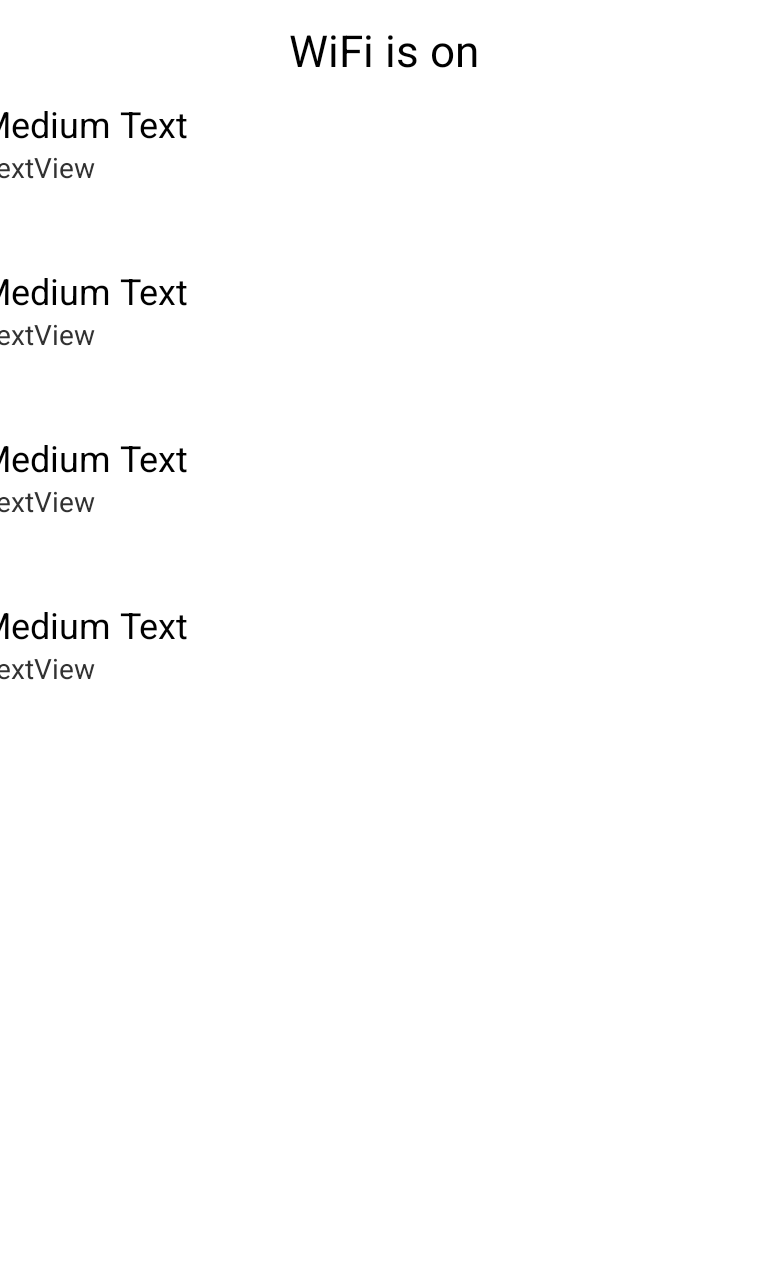
Repository: SimonIsMe/workspace_android
Layout: lista3/res/layout/wifi.xml
These files come from the project's save history. The layout is drawn as it stood at one moment and after a run of saves; the edit follows.
It is drawn on a 768 x 1280 px phone screen (xhdpi) without system bars, with theme AppTheme; the app's code is not run.

Above is the layout before, as saved 2012-12-05 13:55:26.

### lista3/res/layout/wifi.xml
<RelativeLayout xmlns:android="http://schemas.android.com/apk/res/android"
    xmlns:tools="http://schemas.android.com/tools"
    android:layout_width="fill_parent"
    android:layout_height="fill_parent"
    android:layout_marginBottom="10dp"
    android:layout_marginTop="10dp" >

    <TextView
        android:id="@+id/wifi_title"
        android:layout_width="fill_parent"
        android:layout_height="wrap_content"
        android:layout_gravity="center"
        android:layout_marginTop="10dp"
        android:layout_marginBottom="10dp"
        android:gravity="center"
        android:text="WiFi is on"
        android:textAppearance="?android:attr/textAppearanceLarge" />

    <ScrollView
        android:layout_width="fill_parent"
        android:layout_height="fill_parent"
        android:layout_below="@+id/wifi_title" >

        <TableLayout
            android:layout_width="fill_parent"
            android:layout_height="fill_parent"
            android:layout_gravity="center_horizontal"
            android:layout_marginRight="20dp" >

            <TableRow
                android:id="@+id/tableRow1"
                android:layout_width="fill_parent"
                android:layout_height="wrap_content"
                android:layout_marginRight="20dp" >

                 <TextView
                    android:id="@+id/name_0"
                    android:layout_width="wrap_content"
                    android:layout_height="wrap_content"
                    android:text="Medium Text"
                    android:textAppearance="?android:attr/textAppearanceMedium" />

            </TableRow>

            <TableRow
                android:id="@+id/tableRow1"
                android:layout_width="fill_parent"
                android:layout_height="wrap_content"
                android:layout_marginBottom="40dp"
                android:layout_marginRight="20dp" >

                <TextView
                    android:id="@+id/textView1"
                    android:layout_width="wrap_content"
                    android:layout_height="wrap_content"
                    android:text="TextView" />

            </TableRow>

            <TableRow
                android:id="@+id/tableRow1"
                android:layout_width="fill_parent"
                android:layout_height="wrap_content"
                android:layout_marginRight="20dp" >

                 <TextView
                    android:id="@+id/textView2"
                    android:layout_width="wrap_content"
                    android:layout_height="wrap_content"
                    android:text="Medium Text"
                    android:textAppearance="?android:attr/textAppearanceMedium" />

            </TableRow>

            <TableRow
                android:id="@+id/tableRow1"
                android:layout_width="fill_parent"
                android:layout_height="wrap_content"
                android:layout_marginBottom="40dp"
                android:layout_marginRight="20dp" >

                <TextView
                    android:id="@+id/textView1"
                    android:layout_width="wrap_content"
                    android:layout_height="wrap_content"
                    android:text="TextView" />

            </TableRow>

            <TableRow
                android:id="@+id/tableRow1"
                android:layout_width="fill_parent"
                android:layout_height="wrap_content"
                android:layout_marginRight="20dp" >

                 <TextView
                    android:id="@+id/textView2"
                    android:layout_width="wrap_content"
                    android:layout_height="wrap_content"
                    android:text="Medium Text"
                    android:textAppearance="?android:attr/textAppearanceMedium" />

            </TableRow>

            <TableRow
                android:id="@+id/tableRow1"
                android:layout_width="fill_parent"
                android:layout_height="wrap_content"
                android:layout_marginBottom="40dp"
                android:layout_marginRight="20dp" >

                <TextView
                    android:id="@+id/textView1"
                    android:layout_width="wrap_content"
                    android:layout_height="wrap_content"
                    android:text="TextView" />

            </TableRow>

            <TableRow
                android:id="@+id/tableRow1"
                android:layout_width="fill_parent"
                android:layout_height="wrap_content"
                android:layout_marginRight="20dp" >

                 <TextView
                    android:id="@+id/textView2"
                    android:layout_width="wrap_content"
                    android:layout_height="wrap_content"
                    android:text="Medium Text"
                    android:textAppearance="?android:attr/textAppearanceMedium" />

            </TableRow>

            <TableRow
                android:id="@+id/tableRow1"
                android:layout_width="fill_parent"
                android:layout_height="wrap_content"
                android:layout_marginBottom="40dp"
                android:layout_marginRight="20dp" >

                <TextView
                    android:id="@+id/textView1"
                    android:layout_width="wrap_content"
                    android:layout_height="wrap_content"
                    android:text="TextView" />

            </TableRow>

        </TableLayout>

    </ScrollView>

</RelativeLayout>

Loaded but not shown: lista3/res/values/styles.xml (common file)

After the next 2 saves:
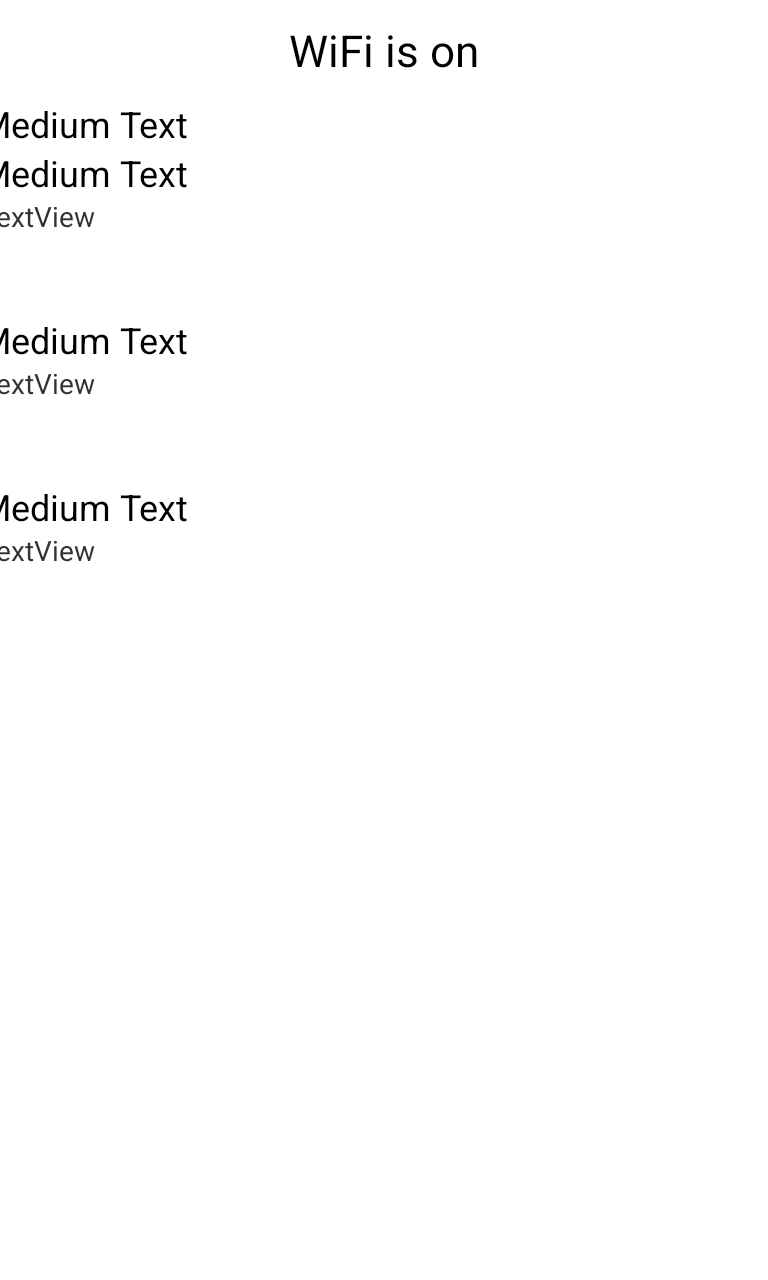
The 2 saves are shown as one change because they came seconds apart.
The last was saved 8 s later.
--- a/lista3/res/layout/wifi.xml
+++ b/lista3/res/layout/wifi.xml
@@ -39,21 +39,6 @@
                     android:layout_height="wrap_content"
                     android:text="Medium Text"
                     android:textAppearance="?android:attr/textAppearanceMedium" />
-
-            </TableRow>
-
-            <TableRow
-                android:id="@+id/tableRow1"
-                android:layout_width="fill_parent"
-                android:layout_height="wrap_content"
-                android:layout_marginBottom="40dp"
-                android:layout_marginRight="20dp" >
-
-                <TextView
-                    android:id="@+id/textView1"
-                    android:layout_width="wrap_content"
-                    android:layout_height="wrap_content"
-                    android:text="TextView" />
 
             </TableRow>
 
